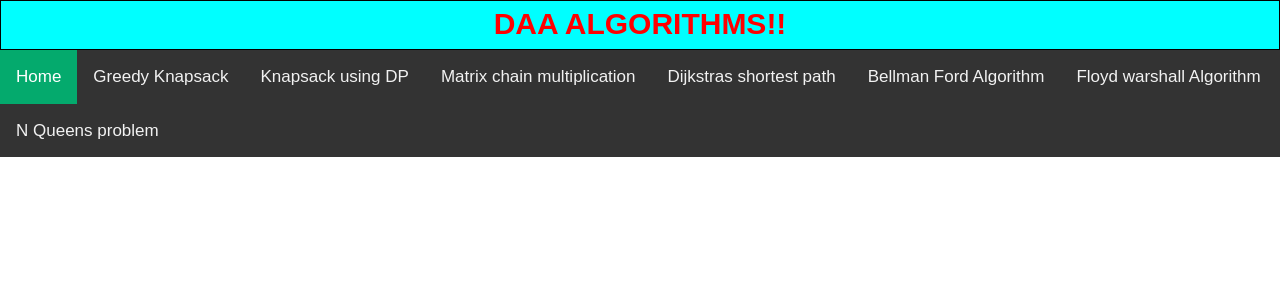
Repository: vinaybabu3962/ALGORITHMIC-TOOLBOX
Page: DAA_WT/webapp/index.html
These files come from the project's save history. The page is drawn as it stood at one moment and after the next save; the edit follows.
The browser window is 1280 px wide. The pictures show the whole page.

Above is the page before, as saved 2021-07-05 15:14:46.

### DAA_WT/webapp/index.html
<!DOCTYPE html>
<html>
<head>
<meta charset="ISO-8859-1">
<title>Main Page</title>
<link rel="stylesheet" href="https://cdn.jsdelivr.net/npm/bootstrap@5.0.2/dist/css/bootstrap.min.css" integrity="sha384-EVSTQN3/azprG1Anm3QDgpJLIm9Nao0Yz1ztcQTwFspd3yD65VohhpuuCOmLASjC" crossorigin="anonymous">
<script src="https://cdn.jsdelivr.net/npm/bootstrap@5.0.2/dist/js/bootstrap.min.js" integrity="sha384-cVKIPhGWiC2Al4u+LWgxfKTRIcfu0JTxR+EQDz/bgldoEyl4H0zUF0QKbrJ0EcQF" crossorigin="anonymous"></script>
<script src="https://cdn.jsdelivr.net/npm/bootstrap@5.0.2/dist/js/bootstrap.bundle.min.js" integrity="sha384-MrcW6ZMFYlzcLA8Nl+NtUVF0sA7MsXsP1UyJoMp4YLEuNSfAP+JcXn/tWtIaxVXM" crossorigin="anonymous"></script>
<meta name="viewport" content="width=device-width, initial-scale=1">
<style>
body {
  margin: 0;
  font-family: Arial, Helvetica, sans-serif;
}

.topnav {
  overflow: hidden;
  background-color: #333;
}

.topnav a {
  float: left;
  color: #f2f2f2;
  text-align: center;
  padding: 14px 16px;
  text-decoration: none;
  font-size: 17px;
}

.topnav a:hover {
  background-color: #ddd;
  color: black;
}

.topnav a.active {
  background-color: #04AA6D;
  color: white;
}
</style>
</head>
<body>
<div class="header" style="color:red;font-weight:bold;font-size:30px;border:1px solid black;background-color:cyan;height:50px;text-align:center;">
	DAA ALGORITHMS!!
</div>
<div class="topnav">
  <a class="active" href="#home">Home</a>
  <a href="GreedyKnapsack.html">Greedy Knapsack</a>
  <a href="KnapSackDP.html">Knapsack using DP</a>
  <a href="MatrixChainMultiplication.html">Matrix chain multiplication</a>
  <a href="Dijkstras.html">Dijkstras shortest path</a>
  <a href="BellmanFord.html">Bellman Ford Algorithm</a>
  <a href="FloydWarshall.html">Floyd warshall  Algorithm</a>
  <a href="NQueens.html">N Queens problem</a>
</div>
</body>
</html>

After the next save:
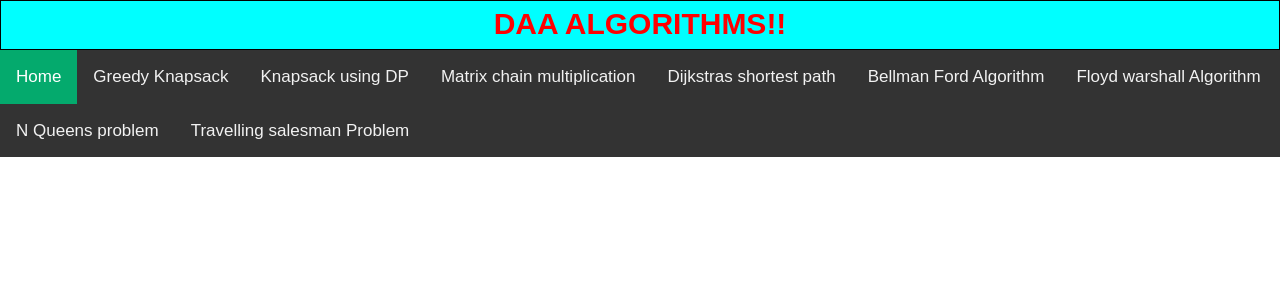
Saved 53 min 1 s later.
--- a/DAA_WT/webapp/index.html
+++ b/DAA_WT/webapp/index.html
@@ -51,6 +51,7 @@ body {
   <a href="BellmanFord.html">Bellman Ford Algorithm</a>
   <a href="FloydWarshall.html">Floyd warshall  Algorithm</a>
   <a href="NQueens.html">N Queens problem</a>
+  <a href="NQueens.html">Travelling salesman Problem</a>
 </div>
 </body>
 </html>
